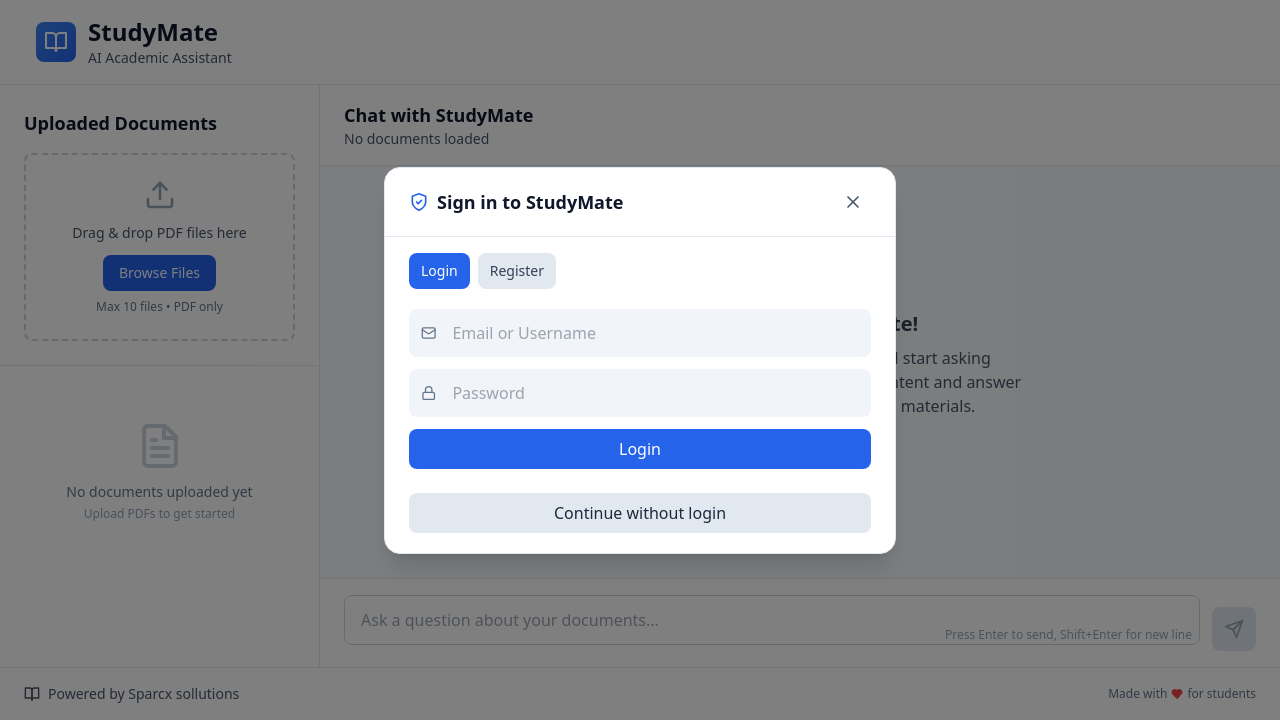
Repository: inno-vin/studymate-frontend
Page: /login
An editor plug-in stored every save of this project. The page is shown before and after the next save, followed by the edit.
The browser window is 1280 px wide. The pictures show the whole page.
The project was rebuilt for these pictures with package versions that can differ from the ones it lists, and the page was loaded fresh each time. Also part of the build but not shown: src/components/SourceBadge.js, src/components/ChatMessage.js.

Above is the page before, as saved 2025-08-29 20:35:47.

### public/index.html
<!DOCTYPE html>
<html lang="en">
  <head>
    <meta charset="utf-8" />
    <link rel="icon" href="%PUBLIC_URL%/favicon.ico" />
    <meta name="viewport" content="width=device-width, initial-scale=1" />
    <meta name="theme-color" content="#000000" />
    <meta name="description" content="StudyMate - Your AI-powered academic assistant" />
    <title>StudyMate - Academic Assistant</title>
  </head>
  <body>
    <noscript>You need to enable JavaScript to run this app.</noscript>
    <div id="root"></div>
  </body>
</html>

### src/index.css
@tailwind base;
@tailwind components;
@tailwind utilities;

@layer base {
  body {
    @apply bg-academic-50 text-academic-900 font-sans;
  }
}

@layer components {
  .btn-primary {
    @apply bg-primary-600 hover:bg-primary-700 text-white font-medium py-2 px-4 rounded-lg transition-colors duration-200 focus:outline-none focus:ring-2 focus:ring-primary-500 focus:ring-offset-2;
  }

  .btn-secondary {
    @apply bg-academic-200 hover:bg-academic-300 text-academic-800 font-medium py-2 px-4 rounded-lg transition-colors duration-200 focus:outline-none focus:ring-2 focus:ring-academic-500 focus:ring-offset-2;
  }

  .card {
    @apply bg-white rounded-xl shadow-sm border border-academic-200 p-6;
  }

  .input-field {
    @apply w-full px-4 py-3 border border-academic-300 rounded-lg focus:outline-none focus:ring-2 focus:ring-primary-500 focus:border-transparent transition-all duration-200;
  }

  .assistant-prose {
    @apply prose prose-sm max-w-none prose-headings:text-academic-900 prose-p:text-academic-800 prose-strong:text-academic-900 prose-li:marker:text-academic-400 prose-a:text-primary-600 hover:prose-a:text-primary-700 prose-code:text-academic-800 prose-pre:bg-academic-100;
  }
}

### src/App.js
import React, { useState, useEffect } from 'react';
import { motion, AnimatePresence } from 'framer-motion';
import Navbar from './components/Navbar';
import Sidebar from './components/Sidebar';
import ChatInterface from './components/ChatInterface';
import Footer from './components/Footer';
import LoginGate from './components/LoginGate';

function App() {
  const [uploadedDocs, setUploadedDocs] = useState([]);
  const [isSidebarOpen, setIsSidebarOpen] = useState(false);
  const [chatHistory, setChatHistory] = useState([]);
  const [isLoading, setIsLoading] = useState(false);
  const [gateOpen, setGateOpen] = useState(false);

  useEffect(() => {
    const hasToken = Boolean(localStorage.getItem('studymate_token'));
    const isGuest = localStorage.getItem('studymate_guest') === '1';
    if (!hasToken && !isGuest) setGateOpen(true);
  }, []);

  const handleFileUpload = (files) => {
    const newDocs = Array.from(files).map(file => ({
      id: Date.now() + Math.random(),
      name: file.name,
      file: file,
      size: file.size
    }));

    setUploadedDocs(prev => [...prev, ...newDocs].slice(0, 10));
  };

  const removeDocument = (docId) => {
    setUploadedDocs(prev => prev.filter(doc => doc.id !== docId));
  };

  const sendMessage = async (message) => {
    if (!message.trim()) return;

    const userMessage = {
      id: Date.now(),
      role: 'user',
      content: message,
      timestamp: new Date().toISOString()
    };

    setChatHistory(prev => [...prev, userMessage]);
    setIsLoading(true);

    try {
      const formData = new FormData();
      formData.append('messages', JSON.stringify([...chatHistory, userMessage]));

      uploadedDocs.forEach(doc => {
        formData.append('files', doc.file);
        formData.append('pdfs', doc.file);
      });

      const token = localStorage.getItem('studymate_token');
      const headers = token ? { Authorization: `Bearer ${token}` } : {};

      const response = await fetch('https://studymate-backend-beta.vercel.app/api/chat', {
        method: 'POST',
        headers,
        body: formData
      });

      let data;
      try {
        data = await response.json();
      } catch {
        data = null;
      }

      if (!response.ok) {
        const serverMsg = data?.details || data?.error || `HTTP ${response.status}`;
        throw new Error(serverMsg);
      }

      const assistantMessage = {
        id: Date.now() + 1,
        role: 'assistant',
        content: data.response,
        timestamp: new Date().toISOString(),
        sources: data.usedSources || []
      };

      setChatHistory(prev => [...prev, assistantMessage]);
    } catch (error) {
      console.error('Error sending message:', error);
      const errorMessage = {
        id: Date.now() + 1,
        role: 'assistant',
        content: `Sorry, I encountered an error: ${error.message || 'Unknown error'}`,
        timestamp: new Date().toISOString(),
        isError: true
      };
      setChatHistory(prev => [...prev, errorMessage]);
    } finally {
      setIsLoading(false);
    }
  };

  const toggleSidebar = () => {
    setIsSidebarOpen(!isSidebarOpen);
  };

  return (
    <div className="min-h-screen bg-academic-50 flex flex-col">
      <Navbar onMenuClick={toggleSidebar} />

      <div className="flex flex-1 overflow-hidden relative">
        {/* Desktop persistent sidebar */}
        <div className="hidden lg:block w-80 bg-white border-r border-academic-200 flex-shrink-0">
          <Sidebar
            uploadedDocs={uploadedDocs}
            onFileUpload={handleFileUpload}
            onRemoveDoc={removeDocument}
          />
        </div>

        {/* Mobile sidebar overlay */}
        <AnimatePresence>
          {isSidebarOpen && (
            <>
              {/* Backdrop */}
              <motion.div
                key="backdrop"
                initial={{ opacity: 0 }}
                animate={{ opacity: 1 }}
                exit={{ opacity: 0 }}
                transition={{ duration: 0.2 }}
                onClick={() => setIsSidebarOpen(false)}
                className="fixed inset-0 bg-black/40 z-30 lg:hidden"
              />

              {/* Drawer */}
              <motion.div
                key="drawer"
                initial={{ x: -320 }}
                animate={{ x: 0 }}
                exit={{ x: -320 }}
                transition={{ duration: 0.25 }}
                className="fixed inset-y-0 left-0 w-80 bg-white border-r border-academic-200 z-40 lg:hidden shadow-xl"
              >
                <Sidebar
                  uploadedDocs={uploadedDocs}
                  onFileUpload={handleFileUpload}
                  onRemoveDoc={removeDocument}
                />
              </motion.div>
            </>
          )}
        </AnimatePresence>

        {/* Main content */}
        <div className="flex-1 flex flex-col min-w-0">
          <ChatInterface
            chatHistory={chatHistory}
            onSendMessage={sendMessage}
            isLoading={isLoading}
            uploadedDocs={uploadedDocs}
          />
        </div>
      </div>

      <Footer />

      <LoginGate isOpen={gateOpen} onClose={() => setGateOpen(false)} onGuest={() => {}} />
    </div>
  );
}

export default App;

### src/components/Navbar.js
import React from 'react';
import { motion } from 'framer-motion';
import { Menu, BookOpen } from 'lucide-react';

const Navbar = ({ onMenuClick }) => {
  return (
    <motion.nav
      initial={{ y: -100, opacity: 0 }}
      animate={{ y: 0, opacity: 1 }}
      transition={{ duration: 0.4 }}
      className="bg-white border-b border-academic-200 px-6 py-4 shadow-sm"
    >
      <div className="flex items-center justify-between">
        <div className="flex items-center space-x-3">
          <button onClick={onMenuClick} className="lg:hidden p-2 rounded-lg hover:bg-academic-100">
            <Menu className="w-6 h-6 text-academic-600" />
          </button>
          <div className="flex items-center space-x-3">
            <div className="w-10 h-10 bg-gradient-to-br from-primary-500 to-primary-600 rounded-lg flex items-center justify-center">
              <BookOpen className="w-6 h-6 text-white" />
            </div>
            <div>
              <h1 className="text-2xl font-bold text-academic-900">StudyMate</h1>
              <p className="text-sm text-academic-600">AI Academic Assistant</p>
            </div>
          </div>
        </div>
      </div>
    </motion.nav>
  );
};

export default Navbar;

### src/components/Sidebar.js
import React, { useRef, useState } from 'react';
import { motion, AnimatePresence } from 'framer-motion';
import { Upload, FileText, X } from 'lucide-react';

const Sidebar = ({ uploadedDocs, onFileUpload, onRemoveDoc }) => {
  const [isDragOver, setIsDragOver] = useState(false);
  const fileInputRef = useRef(null);

  const handleDragOver = (e) => {
    e.preventDefault();
    setIsDragOver(true);
  };

  const handleDragLeave = (e) => {
    e.preventDefault();
    setIsDragOver(false);
  };

  const handleDrop = (e) => {
    e.preventDefault();
    setIsDragOver(false);

    const files = Array.from(e.dataTransfer.files).filter(file =>
      file.type === 'application/pdf'
    );

    if (files.length > 0) {
      onFileUpload(files);
    }
  };

  const handleFileSelect = (e) => {
    const files = Array.from(e.target.files).filter(file =>
      file.type === 'application/pdf'
    );

    if (files.length > 0) {
      onFileUpload(files);
    }

    // Reset input value
    e.target.value = '';
  };

  const formatFileSize = (bytes) => {
    if (bytes === 0) return '0 Bytes';
    const k = 1024;
    const sizes = ['Bytes', 'KB', 'MB', 'GB'];
    const i = Math.floor(Math.log(bytes) / Math.log(k));
    return parseFloat((bytes / Math.pow(k, i)).toFixed(2)) + ' ' + sizes[i];
  };

  return (
    <div className="h-full flex flex-col">
      <div className="p-6 border-b border-academic-200">
        <h2 className="text-lg font-semibold text-academic-900 mb-4">
          Uploaded Documents
        </h2>

        <div
          className={`relative border-2 border-dashed rounded-lg p-6 text-center transition-all duration-200 ${
            isDragOver
              ? 'border-primary-400 bg-primary-50'
              : 'border-academic-300 hover:border-academic-400'
          }`}
          onDragOver={handleDragOver}
          onDragLeave={handleDragLeave}
          onDrop={handleDrop}
        >
          <Upload className={`w-8 h-8 mx-auto mb-3 ${
            isDragOver ? 'text-primary-500' : 'text-academic-400'
          }`} />

          <p className="text-sm text-academic-600 mb-3">
            {isDragOver ? 'Drop PDF files here' : 'Drag & drop PDF files here'}
          </p>

          <button
            onClick={() => fileInputRef.current?.click()}
            className="btn-primary text-sm"
          >
            Browse Files
          </button>

          <input
            ref={fileInputRef}
            type="file"
            multiple
            accept=".pdf"
            onChange={handleFileSelect}
            className="hidden"
          />

          <p className="text-xs text-academic-500 mt-2">
            Max 10 files • PDF only
          </p>
        </div>
      </div>

      <div className="flex-1 overflow-y-auto p-6">
        <AnimatePresence>
          {uploadedDocs.length === 0 ? (
            <motion.div
              initial={{ opacity: 0 }}
              animate={{ opacity: 1 }}
              className="text-center py-8"
            >
              <FileText className="w-12 h-12 text-academic-300 mx-auto mb-3" />
              <p className="text-academic-500 text-sm">
                No documents uploaded yet
              </p>
              <p className="text-academic-400 text-xs mt-1">
                Upload PDFs to get started
              </p>
            </motion.div>
          ) : (
            <div className="space-y-3">
              {uploadedDocs.map((doc, index) => (
                <motion.div
                  key={doc.id}
                  initial={{ opacity: 0, x: -20 }}
                  animate={{ opacity: 1, x: 0 }}
                  exit={{ opacity: 0, x: 20 }}
                  transition={{ duration: 0.2, delay: index * 0.1 }}
                  className="bg-academic-50 rounded-lg p-3 border border-academic-200"
                >
                  <div className="flex items-start justify-between">
                    <div className="flex-1 min-w-0">
                      <div className="flex items-center space-x-2 mb-1">
                        <FileText className="w-4 h-4 text-primary-500 flex-shrink-0" />
                        <p className="text-sm font-medium text-academic-800 truncate">
                          {doc.name}
                        </p>
                      </div>
                      <p className="text-xs text-academic-500">
                        {formatFileSize(doc.size)}
                      </p>
                    </div>

                    <button
                      onClick={() => onRemoveDoc(doc.id)}
                      className="p-1 hover:bg-academic-200 rounded transition-colors duration-200"
                    >
                      <X className="w-4 h-4 text-academic-500" />
                    </button>
                  </div>
                </motion.div>
              ))}
            </div>
          )}
        </AnimatePresence>
      </div>
    </div>
  );
};

export default Sidebar;

### src/components/ChatInterface.js
import React, { useState, useRef, useEffect } from 'react';
import { motion, AnimatePresence } from 'framer-motion';
import { Send, Bot, FileText } from 'lucide-react';
import ChatMessage from './ChatMessage';

const ChatInterface = ({ chatHistory, onSendMessage, isLoading, uploadedDocs }) => {
  const [message, setMessage] = useState('');
  const [isTyping, setIsTyping] = useState(false);
  const messagesEndRef = useRef(null);
  const textareaRef = useRef(null);

  const scrollToBottom = () => {
    messagesEndRef.current?.scrollIntoView({ behavior: 'smooth' });
  };

  useEffect(() => {
    scrollToBottom();
  }, [chatHistory]);

  useEffect(() => {
    if (isLoading) {
      setIsTyping(true);
    } else {
      setIsTyping(false);
    }
  }, [isLoading]);

  const handleSubmit = (e) => {
    e.preventDefault();
    if (message.trim() && !isLoading) {
      onSendMessage(message.trim());
      setMessage('');

      // Reset textarea height
      if (textareaRef.current) {
        textareaRef.current.style.height = 'auto';
      }
    }
  };

  const handleKeyDown = (e) => {
    if (e.key === 'Enter' && !e.shiftKey) {
      e.preventDefault();
      handleSubmit(e);
    }
  };

  const handleTextareaChange = (e) => {
    setMessage(e.target.value);

    // Auto-resize textarea
    if (textareaRef.current) {
      textareaRef.current.style.height = 'auto';
      textareaRef.current.style.height = `${e.target.scrollHeight}px`;
    }
  };

  const formatTimestamp = (timestamp) => {
    return new Date(timestamp).toLocaleTimeString([], {
      hour: '2-digit',
      minute: '2-digit'
    });
  };

  return (
    <div className="flex flex-col h-full">
      {/* Chat Header */}
      <div className="bg-white border-b border-academic-200 px-6 py-4">
        <div className="flex items-center justify-between">
          <div>
            <h2 className="text-lg font-semibold text-academic-900">Chat with StudyMate</h2>
            <p className="text-sm text-academic-600">
              {uploadedDocs.length > 0
                ? `${uploadedDocs.length} document${uploadedDocs.length > 1 ? 's' : ''} loaded`
                : 'No documents loaded'
              }
            </p>
          </div>

          {uploadedDocs.length > 0 && (
            <div className="flex items-center space-x-2">
              <FileText className="w-4 h-4 text-primary-500" />
              <span className="text-sm text-academic-600">
                PDF Context Active
              </span>
            </div>
          )}
        </div>
      </div>

      {/* Chat Messages */}
      <div className="flex-1 overflow-y-auto px-6 py-4 space-y-4">
        <AnimatePresence>
          {chatHistory.length === 0 ? (
            <motion.div
              initial={{ opacity: 0, y: 20 }}
              animate={{ opacity: 1, y: 0 }}
              className="text-center py-12"
            >
              <Bot className="w-16 h-16 text-academic-300 mx-auto mb-4" />
              <h3 className="text-xl font-semibold text-academic-700 mb-2">
                Welcome to StudyMate!
              </h3>
              <p className="text-academic-600 max-w-md mx-auto">
                Upload your academic documents and start asking questions. I'll help you understand
                the content and answer your queries based on the uploaded materials.
              </p>
            </motion.div>
          ) : (
            chatHistory.map((msg, index) => (
              <ChatMessage
                key={msg.id}
                message={msg}
                formatTimestamp={formatTimestamp}
                isLast={index === chatHistory.length - 1}
              />
            ))
          )}
        </AnimatePresence>

        {/* Typing Indicator */}
        {isTyping && (
          <motion.div
            initial={{ opacity: 0, y: 10 }}
            animate={{ opacity: 1, y: 0 }}
            className="flex items-center space-x-3 p-4 bg-academic-50 rounded-lg border border-academic-200"
          >
            <div className="w-8 h-8 bg-primary-100 rounded-full flex items-center justify-center">
              <Bot className="w-4 h-4 text-primary-600" />
            </div>
            <div className="flex items-center space-x-1">
              <span className="text-sm text-academic-600">StudyMate is thinking</span>
              <div className="flex space-x-1">
                <motion.div
                  className="w-2 h-2 bg-primary-400 rounded-full"
                  animate={{ opacity: [0.4, 1, 0.4] }}
                  transition={{ duration: 1.4, repeat: Infinity, delay: 0 }}
                />
                <motion.div
                  className="w-2 h-2 bg-primary-400 rounded-full"
                  animate={{ opacity: [0.4, 1, 0.4] }}
                  transition={{ duration: 1.4, repeat: Infinity, delay: 0.2 }}
                />
                <motion.div
                  className="w-2 h-2 bg-primary-400 rounded-full"
                  animate={{ opacity: [0.4, 1, 0.4] }}
                  transition={{ duration: 1.4, repeat: Infinity, delay: 0.4 }}
                />
              </div>
            </div>
          </motion.div>
        )}

        <div ref={messagesEndRef} />
      </div>

      {/* Message Input */}
      <div className="bg-white border-t border-academic-200 px-6 py-4">
        <form onSubmit={handleSubmit} className="flex items-end space-x-3">
          <div className="flex-1 relative">
            <textarea
              ref={textareaRef}
              value={message}
              onChange={handleTextareaChange}
              onKeyDown={handleKeyDown}
              placeholder="Ask a question about your documents..."
              className="input-field resize-none min-h-[44px] max-h-32 overflow-y-auto"
              rows={1}
              disabled={isLoading}
            />
            <div className="absolute bottom-2 right-2 text-xs text-academic-400">
              Press Enter to send, Shift+Enter for new line
            </div>
          </div>

          <motion.button
            type="submit"
            disabled={!message.trim() || isLoading}
            whileHover={{ scale: 1.05 }}
            whileTap={{ scale: 0.95 }}
            className={`p-3 rounded-lg transition-all duration-200 ${
              message.trim() && !isLoading
                ? 'bg-primary-600 hover:bg-primary-700 text-white'
                : 'bg-academic-200 text-academic-400 cursor-not-allowed'
            }`}
          >
            <Send className="w-5 h-5" />
          </motion.button>
        </form>
      </div>
    </div>
  );
};

export default ChatInterface;

### src/components/Footer.js
import React from 'react';
import { motion } from 'framer-motion';
import { Heart, BookOpen } from 'lucide-react';

const Footer = () => {
  return (
    <motion.footer
      initial={{ opacity: 0 }}
      animate={{ opacity: 1 }}
      transition={{ duration: 0.5, delay: 0.5 }}
      className="bg-white border-t border-academic-200 px-6 py-4"
    >
      <div className="flex flex-col md:flex-row items-center justify-between space-y-2 md:space-y-0">
        <div className="flex items-center space-x-2 text-academic-600">
          <BookOpen className="w-4 h-4" />
          <span className="text-sm font-medium">Powered by Sparcx sollutions </span>
        </div>

        {/* <div className="flex items-center space-x-4 text-xs text-academic-500">
          <span>Built with React & TailwindCSS</span>
          <span>•</span>
          <span>Powered by Gemini AI</span>
        </div> */}

        <div className="flex items-center space-x-1 text-xs text-academic-500">
          <span>Made with</span>
          <motion.div
            whileHover={{ scale: 1.2, rotate: 10 }}
            className="text-red-500"
          >
            <Heart className="w-3 h-3 fill-current" />
          </motion.div>
          <span>for students</span>
        </div>
      </div>
    </motion.footer>
  );
};

export default Footer;

### tailwind.config.js
/** @type {import('tailwindcss').Config} */
module.exports = {
  content: [
    "./src/**/*.{js,jsx,ts,tsx}",
    "./public/index.html"
  ],
  theme: {
    extend: {
      colors: {
        primary: {
          50: '#eff6ff',
          100: '#dbeafe',
          200: '#bfdbfe',
          300: '#93c5fd',
          400: '#60a5fa',
          500: '#3b82f6',
          600: '#2563eb',
          700: '#1d4ed8',
          800: '#1e40af',
          900: '#1e3a8a',
        },
        academic: {
          50: '#f8fafc',
          100: '#f1f5f9',
          200: '#e2e8f0',
          300: '#cbd5e1',
          400: '#94a3b8',
          500: '#64748b',
          600: '#475569',
          700: '#334155',
          800: '#1e293b',
          900: '#0f172a',
        }
      }
    },
  },
  plugins: [require('@tailwindcss/typography')],
}

Loaded but not shown: src/index.js (common file); src/components/LoginGate.js (169 lines, source omitted)

After the next save:
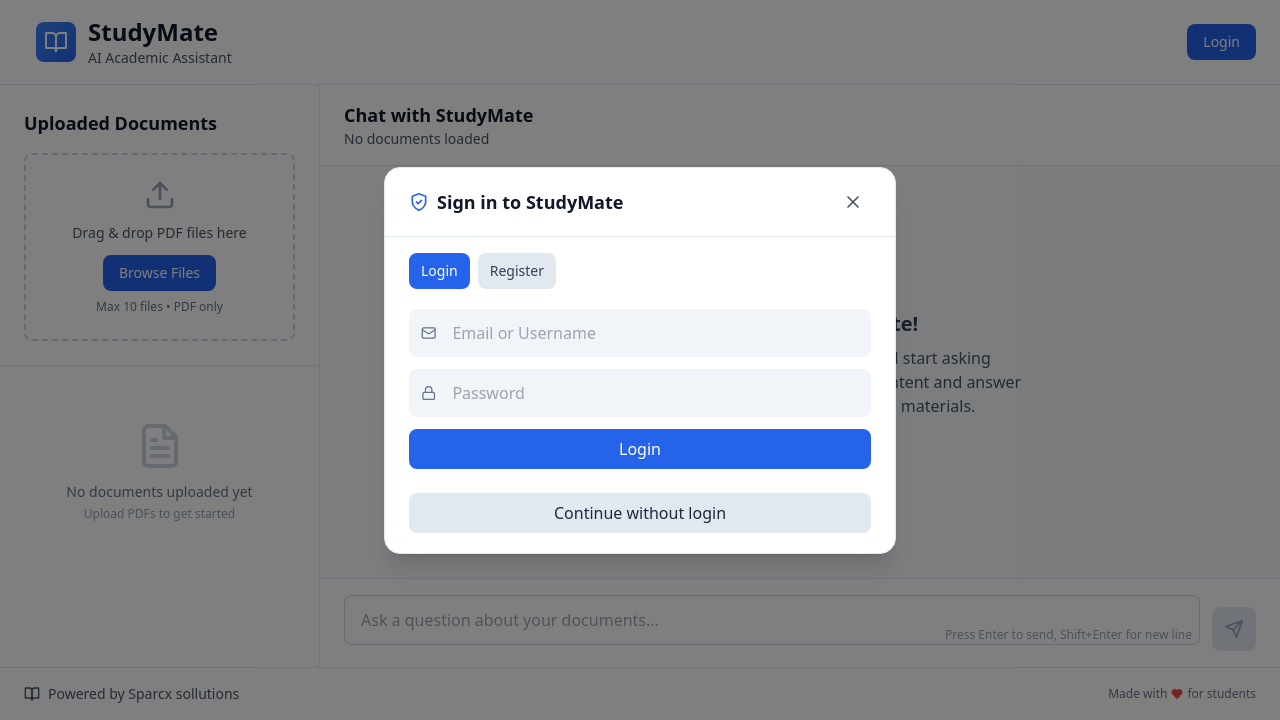
Saved 4 min 16 s later.
--- a/src/components/Navbar.js
+++ b/src/components/Navbar.js
@@ -2,7 +2,9 @@
 import { motion } from 'framer-motion';
 import { Menu, BookOpen } from 'lucide-react';
 
-const Navbar = ({ onMenuClick }) => {
+const Navbar = ({ onMenuClick, onLoginClick, onLogoutClick, username }) => {
+  const isAuthed = Boolean(username);
+
   return (
     <motion.nav
       initial={{ y: -100, opacity: 0 }}
@@ -25,6 +27,16 @@
             </div>
           </div>
         </div>
+        <div className="flex items-center space-x-3">
+          {isAuthed ? (
+            <>
+              <span className="text-sm text-academic-700 hidden sm:inline">Hi, {username}</span>
+              <button onClick={onLogoutClick} className="btn-secondary text-sm">Logout</button>
+            </>
+          ) : (
+            <button onClick={onLoginClick} className="btn-primary text-sm">Login</button>
+          )}
+        </div>
       </div>
     </motion.nav>
   );
